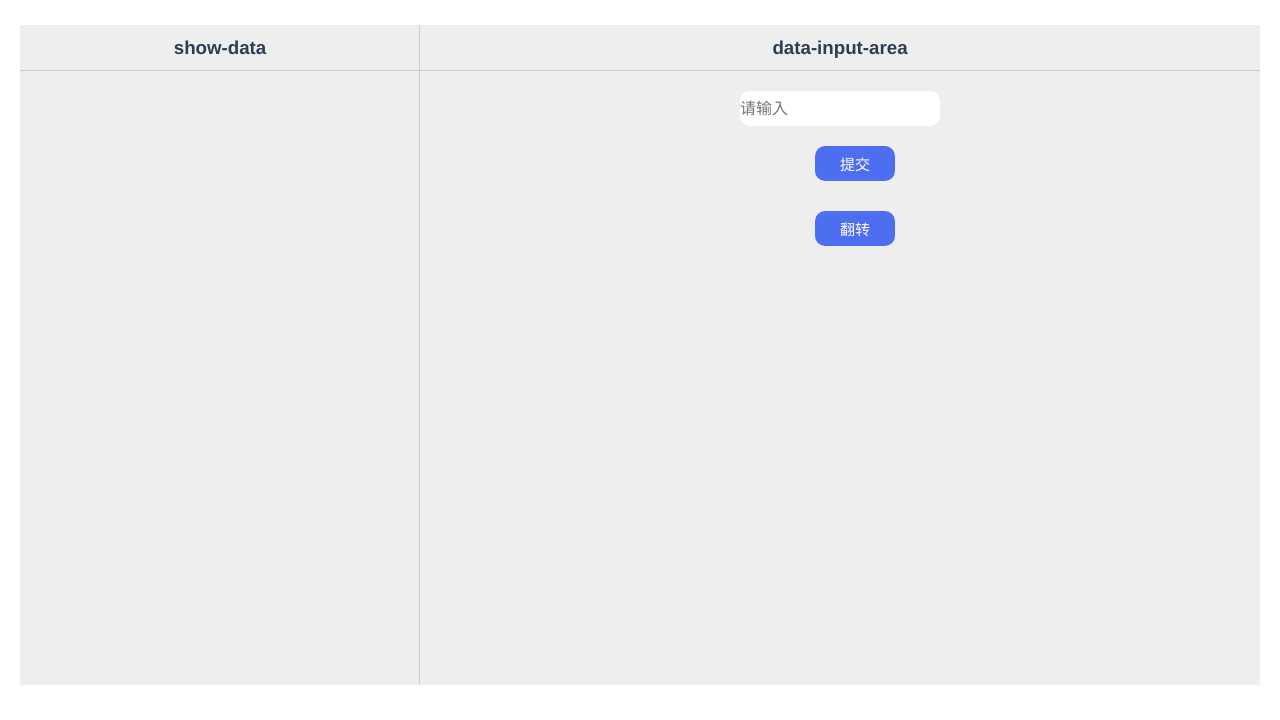
Repository: z-xy-git/demofirst
Page: /home/reverseShowData
These files come from the project's save history. The page is drawn as it stood at one moment and after the next save; the edit follows.
The browser window is 1280 px wide. The pictures show the whole page.
The project was rebuilt for these pictures with package versions that can differ from the ones it lists, and the page was loaded fresh each time.

Above is the page before, as saved 2021-03-01 15:38:55.

After the next save:
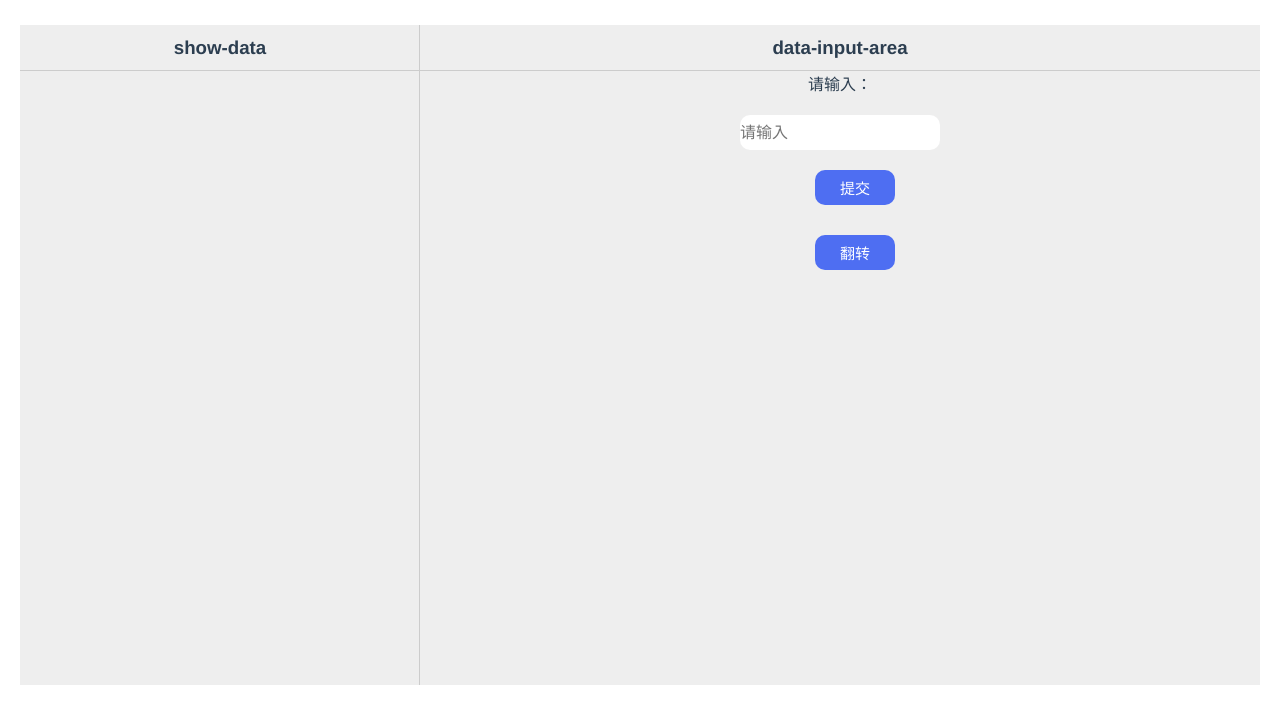
Saved 37 s later.
--- a/src/views/Home.vue
+++ b/src/views/Home.vue
@@ -7,6 +7,7 @@
     <div class="right">
       <div class="right-title"><h3>data-input-area</h3></div>
       <div class="right-input">
+        <p>请输入：</p>
         <input type="text" v-model="inputData"
           placeholder="请输入"
           class="input-style"
